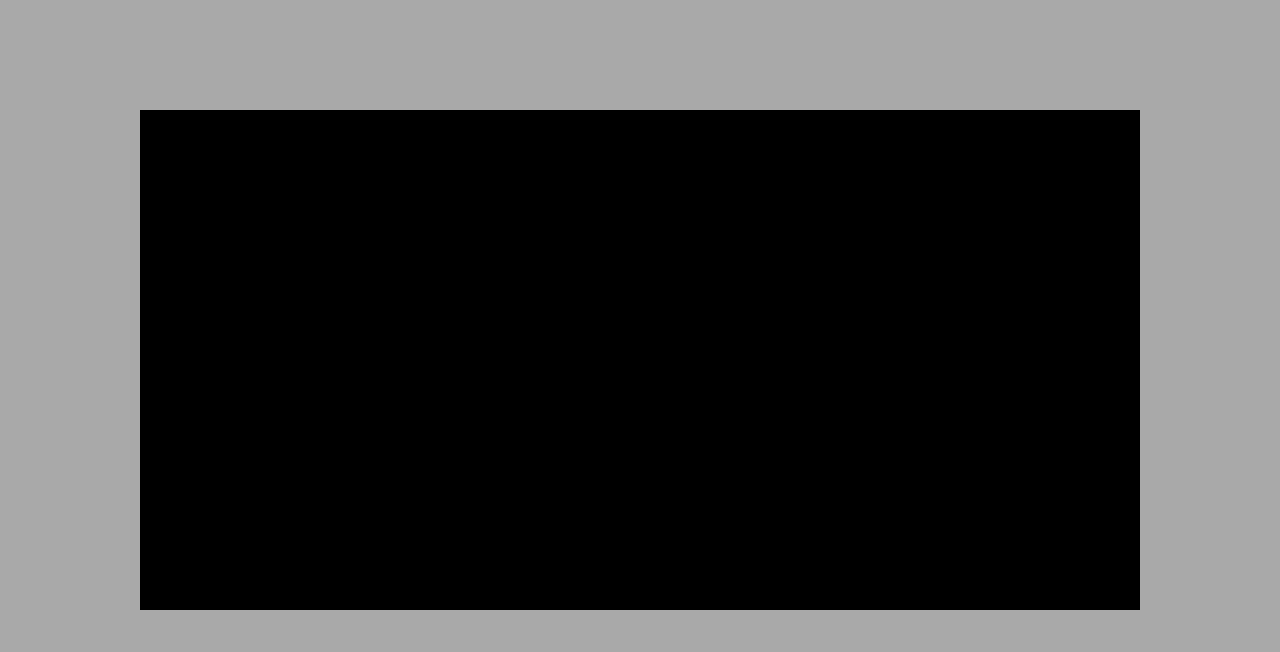
Repository: Dawid-Krasik/Ping-Pong.JS
Page: index.html
The author's editor kept a copy of each file at every save. The page is drawn from the files as they stood at one save, then again after the next save.
The browser window is 1280 px wide. The pictures show the whole page.

Above is the page before, as saved 2019-09-22 18:11:34.

### index.html
<!DOCTYPE html>
<html lang="en">
<head>
    <meta charset="UTF-8">
    <meta name="viewport" content="width=device-width, initial-scale=1.0">
    <meta http-equiv="X-UA-Compatible" content="ie=edge">
    <script src="script.js" async></script>
    <link rel="stylesheet" type="text/css" href="style.css">
    <title>Game</title>
</head>
<body>

    <canvas></canvas>

</body>
</html>

### script.js
const canvas = document.querySelector('canvas');
const ctx = canvas.getContext('2d');

    canvas.width = 1000;
    canvas.height = 500;

const cw = canvas.width;
const ch = canvas.height;

function table(){
    ctx.fillStyle = 'black';
    ctx.fillRect(0,0, cw, ch);
}
table()

### style.css
body {
    margin:0;
    padding: 0;
    display:flex;
    align-items: center;
    justify-content: center;
    height: 100vh;
    background-color: darkgray;

}
canvas{
   border: 3px solic white;
  /*  */
}

After the next save:
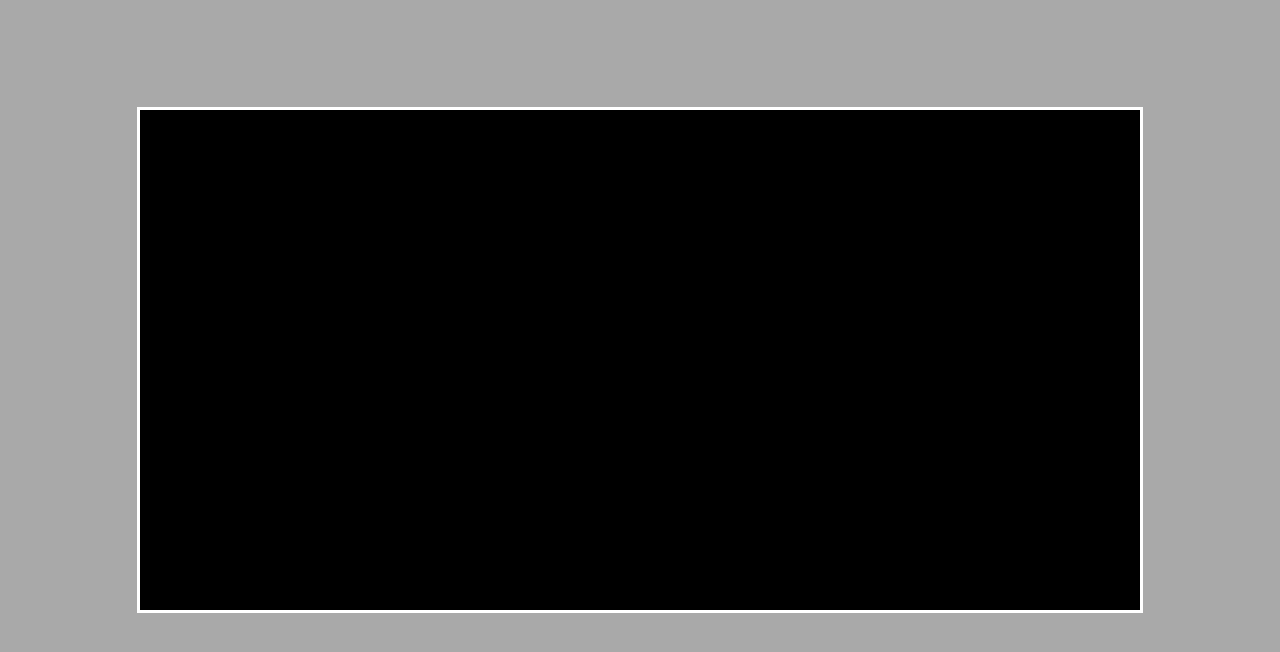
Saved 56 s later.
--- a/style.css
+++ b/style.css
@@ -9,6 +9,6 @@
 
 }
 canvas{
-   border: 3px solic white;
+   border: 3px solid white;
   /*  */
 }
